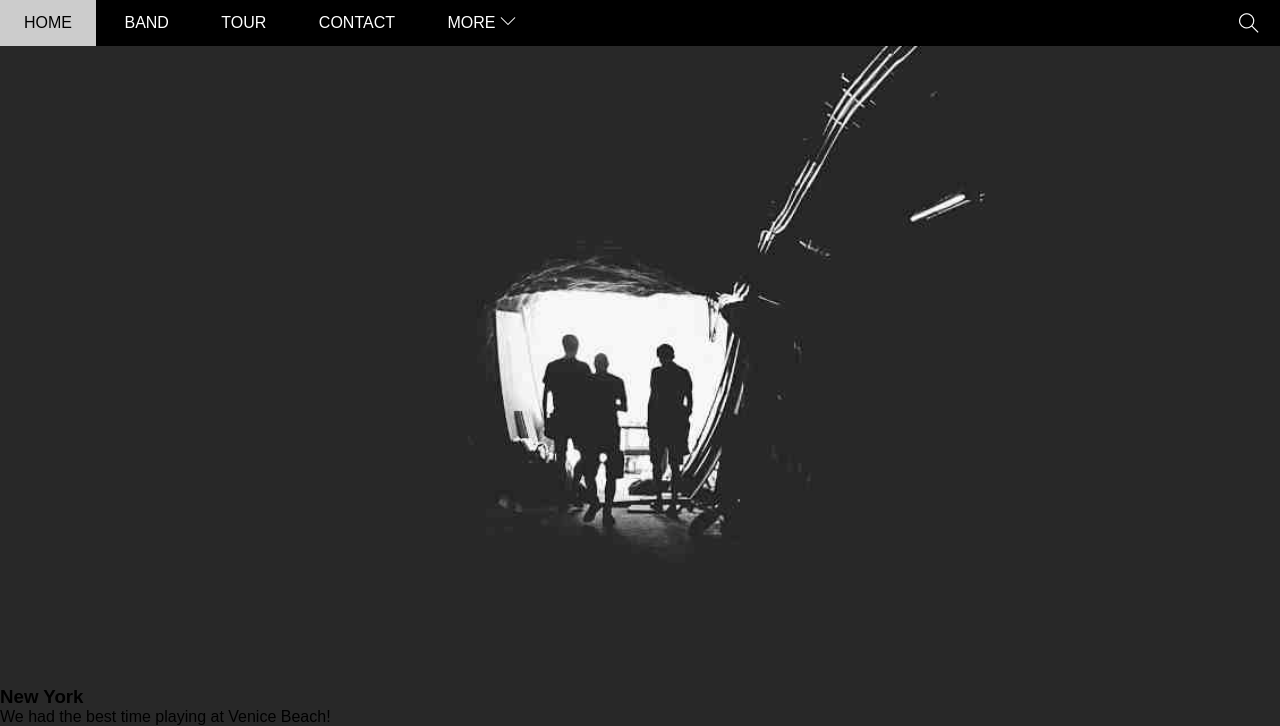
Repository: minhnguyennn/w3_band_music
Page: index.html
An editor plug-in stored every save of this project. The page is shown before and after the next save, followed by the edit.
The browser window is 1280 px wide. The pictures show the whole page.

Above is the page before, as saved 2023-02-18 20:20:06.

After the next save:
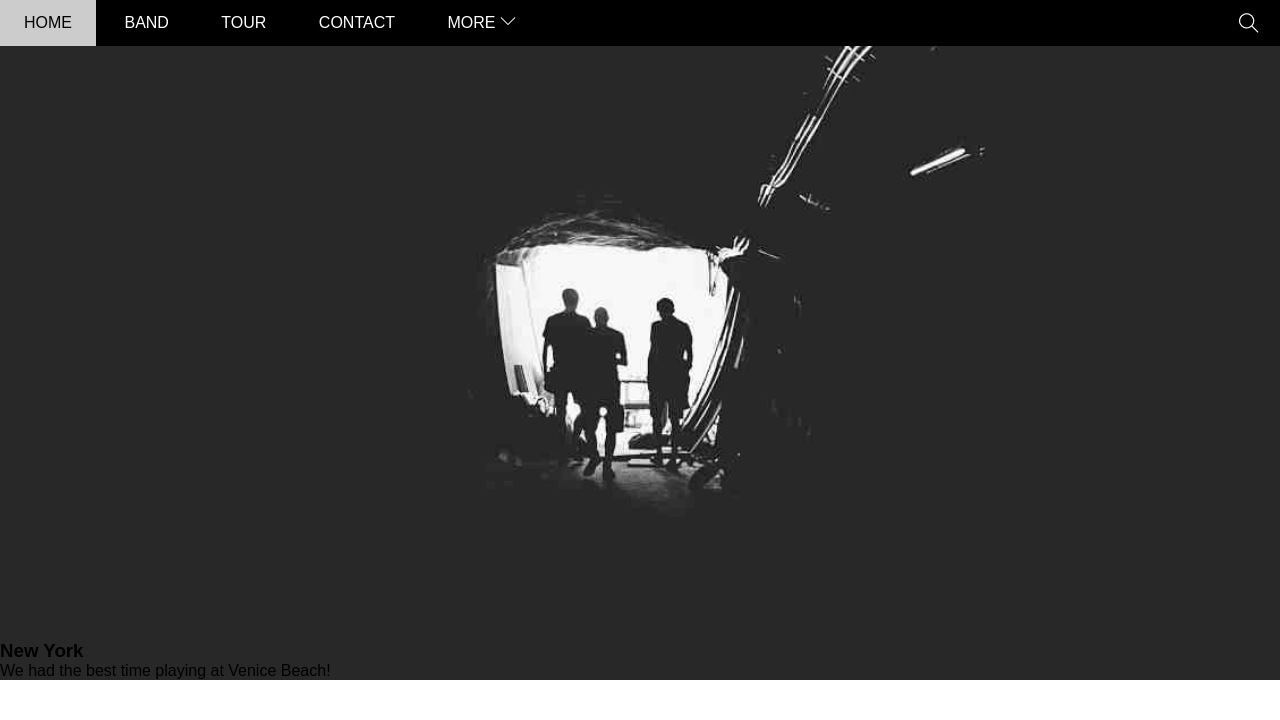
Saved 2 min 34 s later.
--- a/assets/css/style.css
+++ b/assets/css/style.css
@@ -100,7 +100,8 @@
 }
 
 #slider {
-   margin-top: 46px;
+   margin-to
+   pop: 46px;
    padding-top: 50%;
    background: url("/assets/img/Slider/slider1.jpg") top center / cover no-repeat;
 }

After the save that followed:
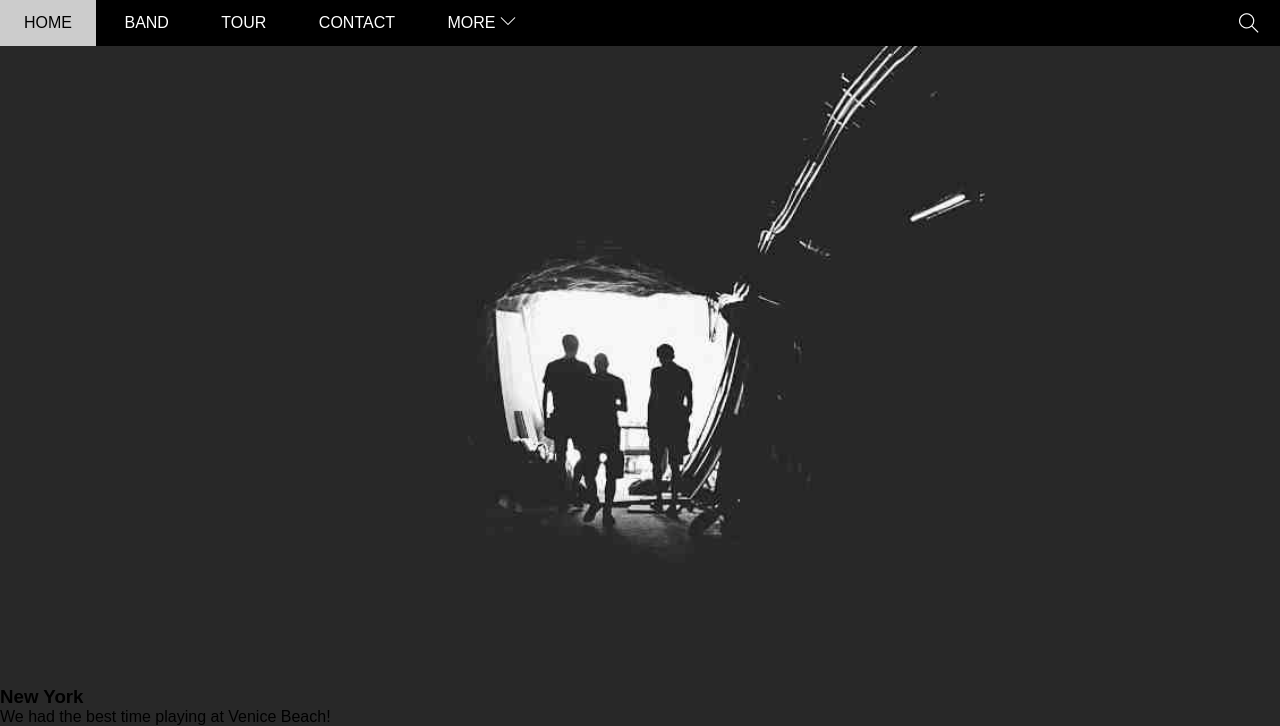
Saved 5 s later.
--- a/assets/css/style.css
+++ b/assets/css/style.css
@@ -100,8 +100,8 @@
 }
 
 #slider {
-   margin-to
-   pop: 46px;
+   position: relative;
+   margin-top: 46px;
    padding-top: 50%;
    background: url("/assets/img/Slider/slider1.jpg") top center / cover no-repeat;
 }
